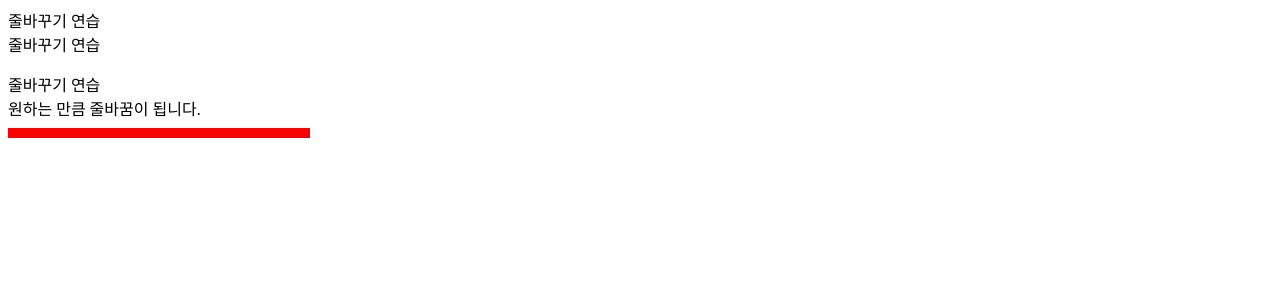
Repository: sungeunbyeol/Nowon-ezen-jsp
Page: test/WebContent/test02.html
The author's editor kept a copy of each file at every save. The page is drawn from the files as they stood at one save, then again after the next save.
The browser window is 1280 px wide. The pictures show the whole page.

Above is the page before, as saved 2021-11-02 01:56:21.

### test/WebContent/test02.html
<!--  test02.html -->
<html>
<head>
	<title>줄바꾸기 연습</title>
</head>
<body>
	줄바꾸기 연습<br><!-- 줄 바꿀때 -->
	줄바꾸기 연습<p>
	<div>줄바꾸기 연습</div>
	원하는 만큼 줄바꿈이 됩니다.

	<hr size="10" color="red" width="300" align="left">
</body>
</html>

After the next save:
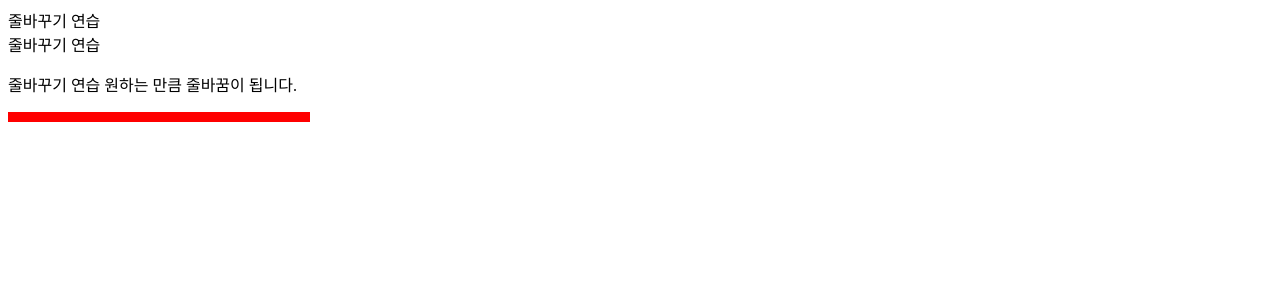
Saved 70 s later.
--- a/test/WebContent/test02.html
+++ b/test/WebContent/test02.html
@@ -4,9 +4,10 @@
 	<title>줄바꾸기 연습</title>
 </head>
 <body>
+	<div align="center"></div>
 	줄바꾸기 연습<br><!-- 줄 바꿀때 -->
 	줄바꾸기 연습<p>
-	<div>줄바꾸기 연습</div>
+	줄바꾸기 연습</div>
 	원하는 만큼 줄바꿈이 됩니다.
 
 	<hr size="10" color="red" width="300" align="left">
